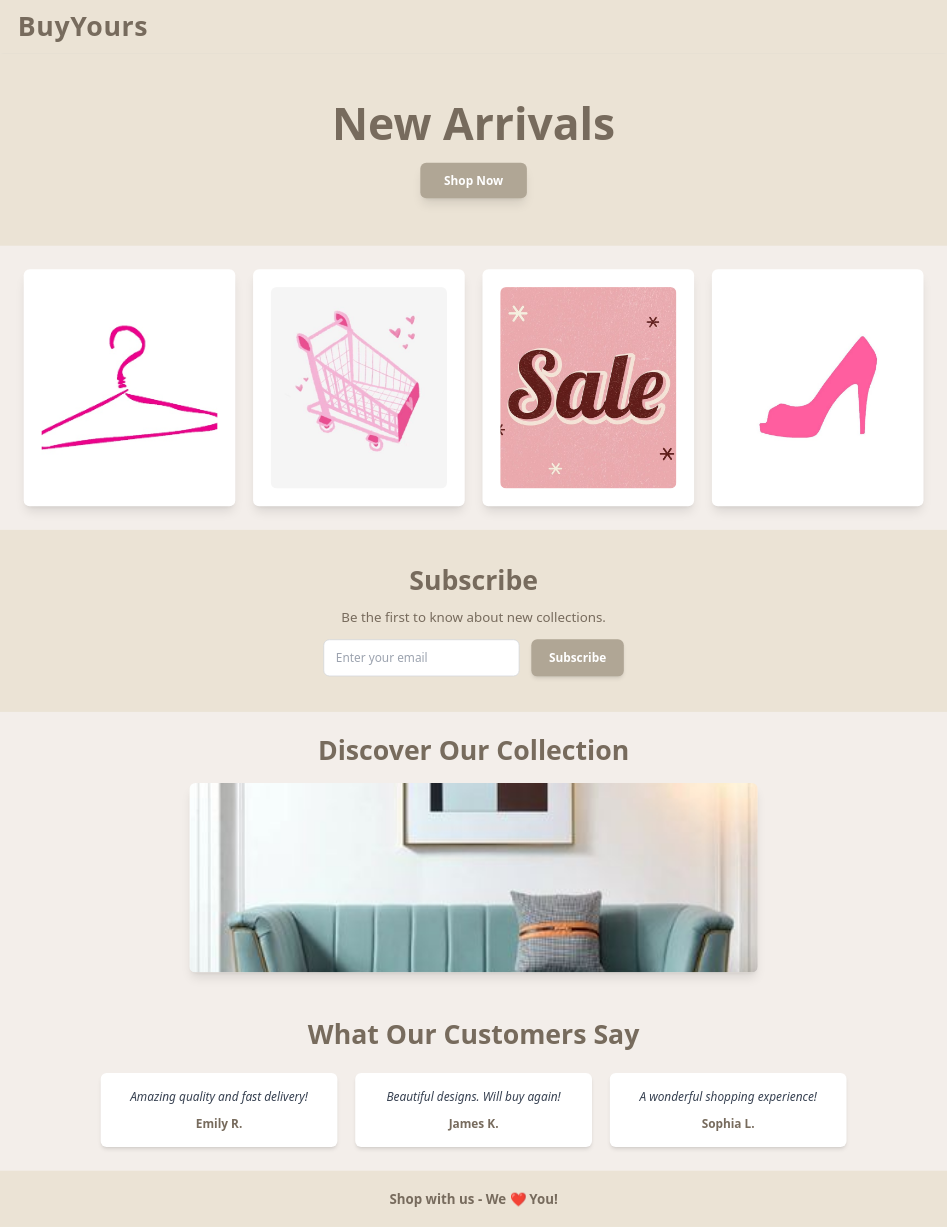
Repository: prathyushaa5/BuyYours
Page: / (app in Frontend/)
These files come from the project's save history. The page is drawn as it stood at one moment and after the next save; the edit follows.
The browser window is 1280 px wide. The pictures show the whole page, at 74% of full size.
The project was rebuilt for these pictures with package versions that can differ from the ones it lists, and the page was loaded fresh each time. Also part of the build but not shown: Frontend/vite.config.js, Frontend/src/components/Login.jsx, Frontend/src/components/Signup.jsx, Frontend/src/components/Home.jsx.

Above is the page before, as saved 2025-02-14 05:06:20.

After the next save:
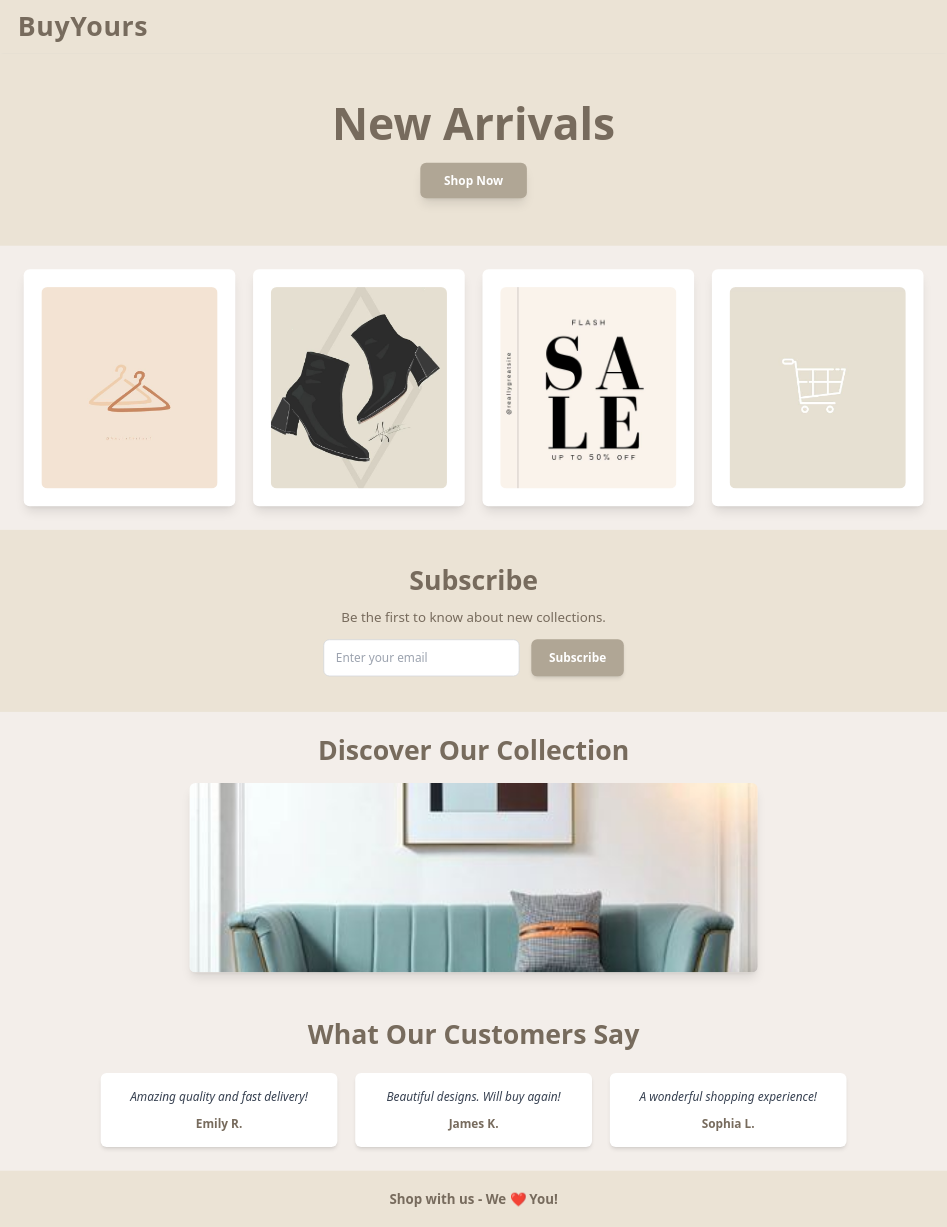
Saved 11 min 13 s later.
--- a/Frontend/src/components/Main.jsx
+++ b/Frontend/src/components/Main.jsx
@@ -1,7 +1,7 @@
-import image1 from "../assets/cards/hanger.jpeg";
-import image2 from "../assets/cards/pink.jpeg";
-import image3 from "../assets/cards/sale.jpeg";
-import image4 from "../assets/cards/shoes.jpeg";
+import image1 from "../assets/cards/hanger1.jpeg";
+import image2 from "../assets/cards/heels1.jpeg";
+import image3 from "../assets/cards/sale1.jpeg";
+import image4 from "../assets/cards/cart1.jpeg";
 import { useNavigate } from "react-router-dom";
 import { motion, AnimatePresence } from "framer-motion";
 import { useState, useEffect } from "react";
